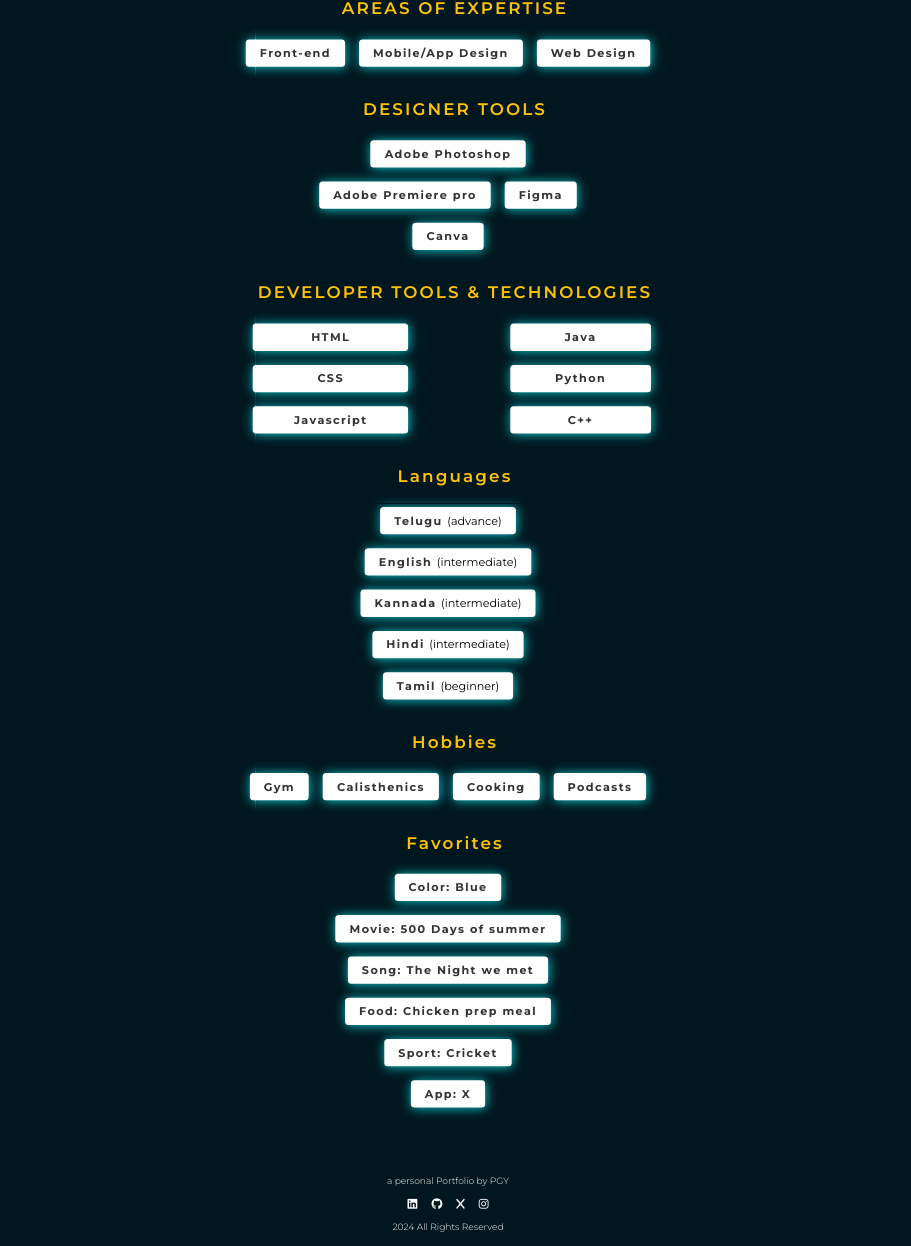
Repository: pgyunknown/pgyunknown
Page: aboutme.html
These files come from the project's save history. The page is drawn as it stood at one moment and after the next save; the edit follows.
The browser window is 1280 px wide. The page is 1302 px wide, so the pictures cover 1302 px, including what lies to the right of the window. The pictures show the part of the page from y = 806 to 2686 px (the page is 2586 px tall before and 2686 px after), at 70% of full size.
Some web libraries are served in a nearby version.

Above is the page before, as saved 2024-08-25 15:00:24.

After the next save:
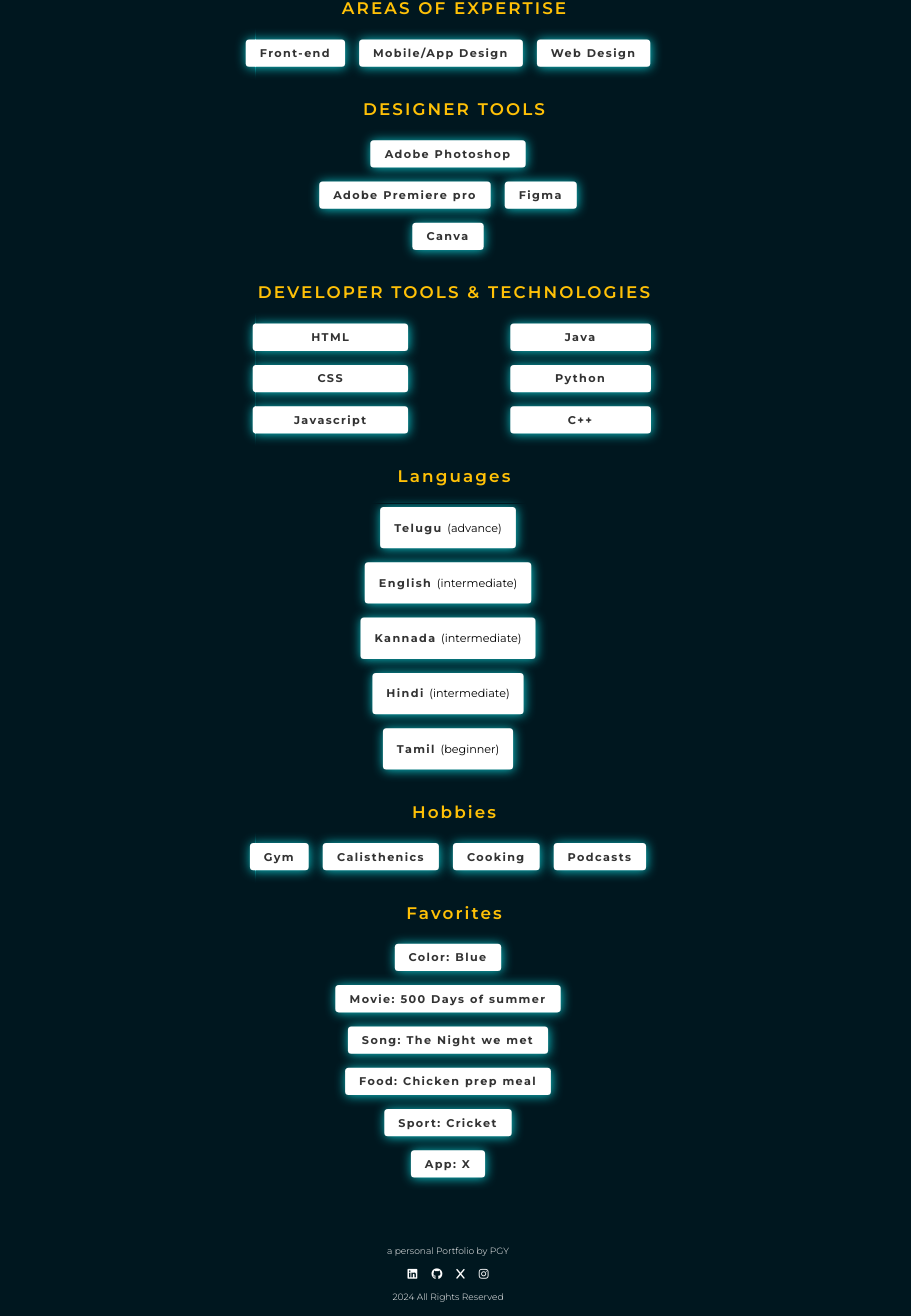
Saved 13 s later.
--- a/aboutme.css
+++ b/aboutme.css
@@ -310,7 +310,7 @@
 }
 .lang li{
     background-color: #fff;
-    padding: 10px 20px;
+    padding: 20px 20px;
     margin: 10px;
     border-radius: 5px;
     color: #333;

After the save that followed:
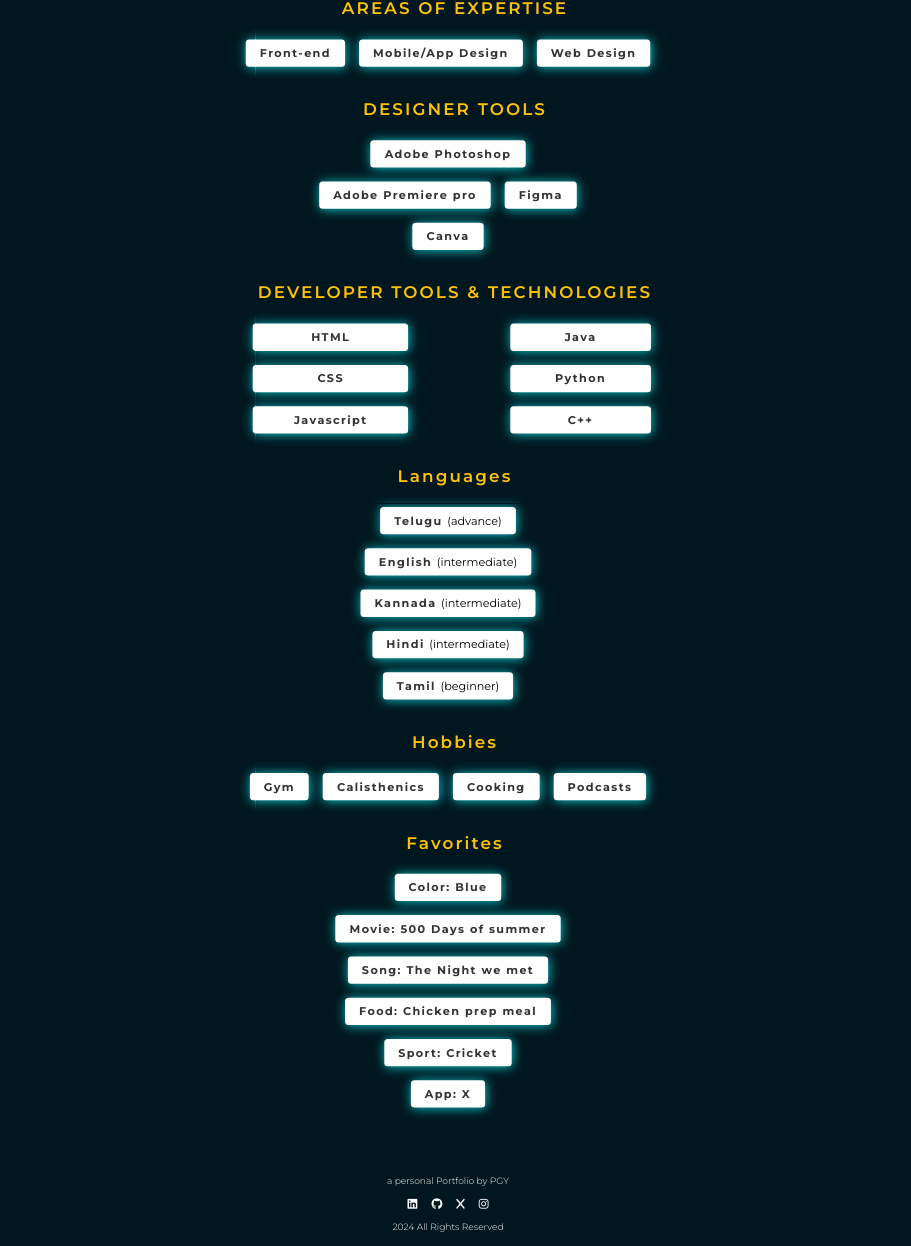
Saved 4 s later.
--- a/aboutme.css
+++ b/aboutme.css
@@ -310,7 +310,7 @@
 }
 .lang li{
     background-color: #fff;
-    padding: 20px 20px;
+    padding: 10px 20px;
     margin: 10px;
     border-radius: 5px;
     color: #333;
